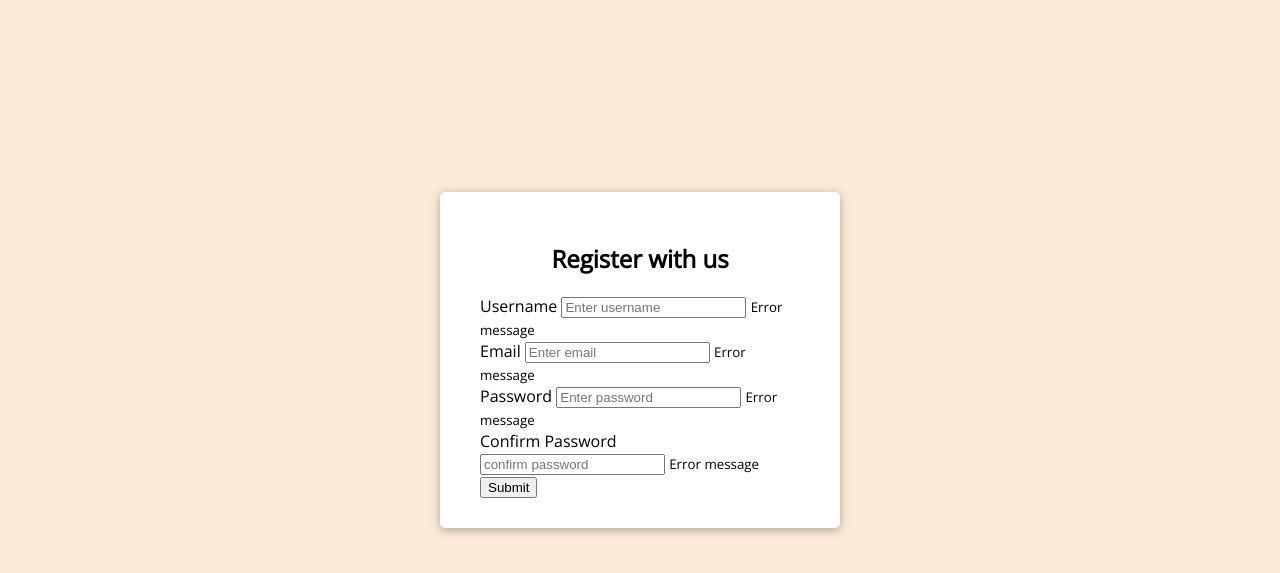
Repository: Azariagmt/Vanilla-javascript
Page: Form-Validator/index.html
An editor plug-in stored every save of this project. The page is shown before and after a run of saves, followed by the edit.
The browser window is 1280 px wide. The pictures show the whole page.

Above is the page before, as saved 2020-04-20 09:38:56.

### Form-Validator/index.html
<!DOCTYPE html>
<!--[if lt IE 7]>      <html class="no-js lt-ie9 lt-ie8 lt-ie7"> <![endif]-->
<!--[if IE 7]>         <html class="no-js lt-ie9 lt-ie8"> <![endif]-->
<!--[if IE 8]>         <html class="no-js lt-ie9"> <![endif]-->
<!--[if gt IE 8]><!--> <html class="no-js"> <!--<![endif]-->
    <head>
        <meta charset="utf-8">
        <meta http-equiv="X-UA-Compatible" content="IE=edge">
        <title>Form Validator</title>
        <meta name="description" content="">
        <meta name="viewport" content="width=device-width, initial-scale=1">
        <link rel="stylesheet" href="style.css">
    </head>
    <body>
        <!--[if lt IE 7]>
            <p class="browsehappy">You are using an <strong>outdated</strong> browser. Please <a href="#">upgrade your browser</a> to improve your experience.</p>
        <![endif]-->

        <div class="container">
            <form action="" id="form" class="form">
                <h2> Register with us   </h2>
                <div class="form-control">
                    <label for="username">Username</label>
                    <input type="text" id="username" placeholder="Enter username">
                    <small> Error message</small>
                </div>
                <div class="form-control">
                    <label for="email">Email</label>
                    <input type="text" id="email" placeholder="Enter email">
                    <small> Error message</small>
                </div>
                <div class="form-control">
                    <label for="password">Password</label>
                    <input type="password" id="password" placeholder="Enter password">
                    <small> Error message</small>
                </div>
                <div class="form-control">
                    <label for="confirm">Confirm Password</label>
                    <input type="password" id="confirm" placeholder="confirm password">
                    <small> Error message</small>
                </div>
                <button>Submit</button>
            </form>
        </div>
        <script src="script.js" async defer></script>
    </body>
</html>

### Form-Validator/style.css
@import url('https://fonts.googleapis.com/css2?family=Open+Sans:wght@300&display=swap');

*{
    box-sizing: border-box;
}

body{
    background-color: antiquewhite;
    font-family: 'Open Sans', sans-serif;
    display: flex;
    align-items: center;
    justify-content: center;
    min-height: 100vh;
    margin: 0;
}

.container{
    background-color:white;
    border-radius: 5px;
    box-shadow: 0 2px 10px rgba(0, 0, 0, .3);
    width: 400px;
}

h2{
    text-align: center;
    margin: ;
}

.form{
    padding: 30px 40px;
}

Loaded but not shown: Form-Validator/script.js (no copy from this time; the picture is the same without it)

After the next 3 saves:
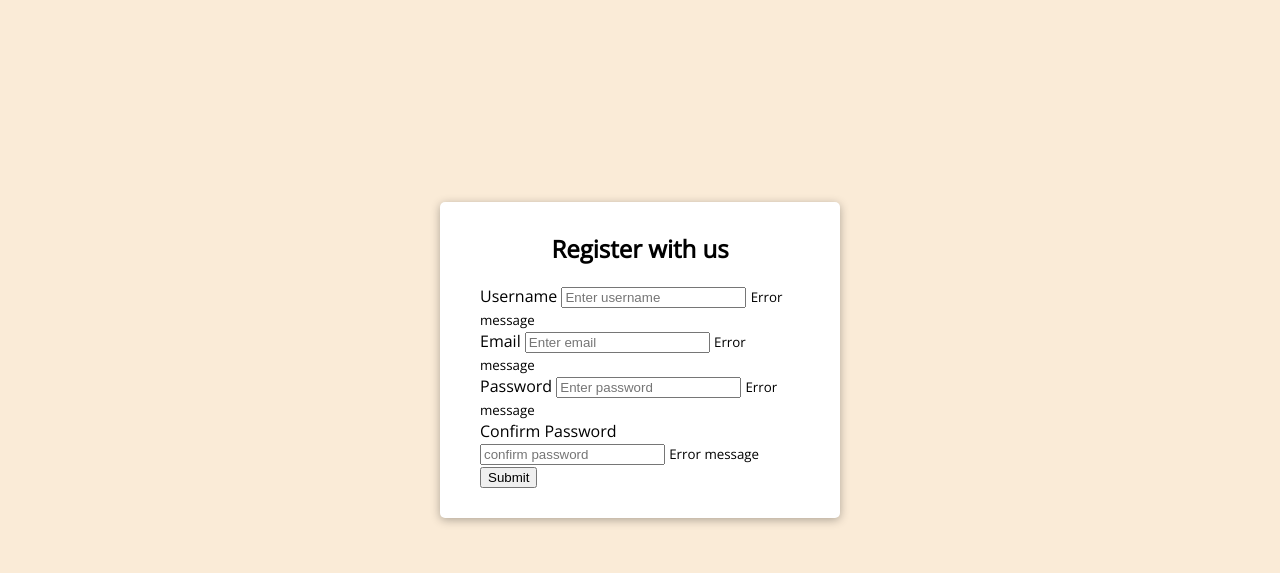
The 3 saves are shown as one change because they came seconds apart.
The last was saved 19 s later.
--- a/Form-Validator/style.css
+++ b/Form-Validator/style.css
@@ -23,7 +23,7 @@ body{
 
 h2{
     text-align: center;
-    margin: ;
+    margin: 0 0 20px;
 }
 
 .form{
